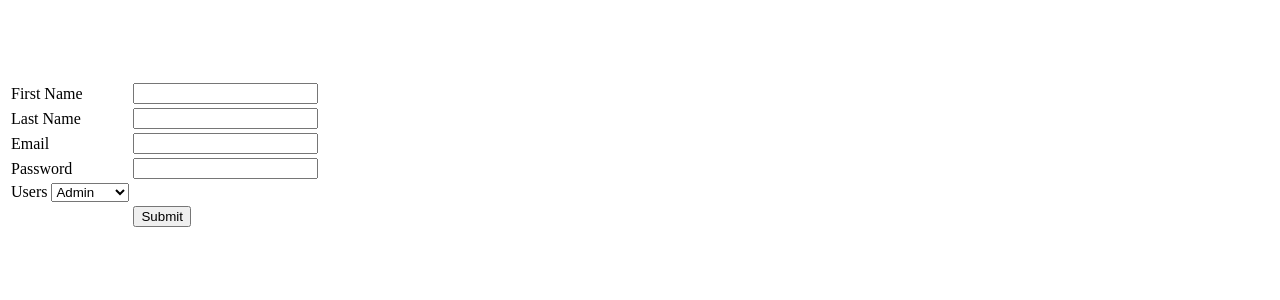
Repository: zshafi01/LearnerAcadamy
Page: http://localhost/LearnerAcadamy/user.jsp
The author's editor kept a copy of each file at every save. The page is drawn from the files as they stood at one save, then again after the next save.
The browser window is 1280 px wide. The pictures show the whole page.
The page is served by Tomcat 9.

Above is the page before, as saved 2021-02-03 22:16:22.

After the next save:
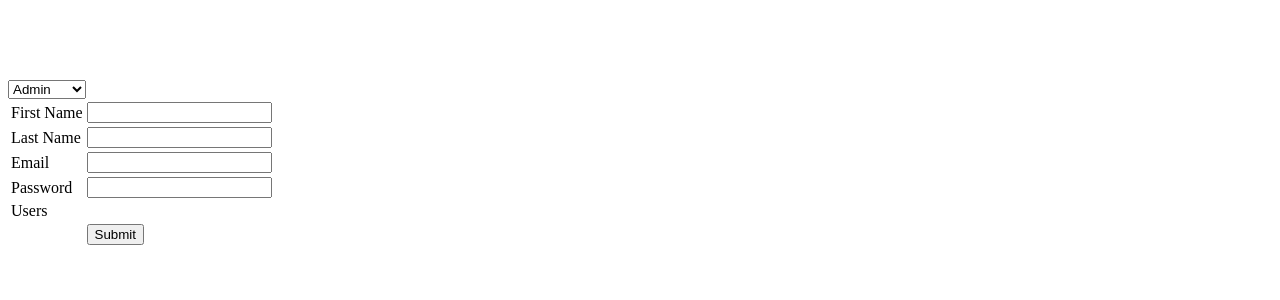
Saved 2 min 57 s later.
--- a/LearnerAcadamy/WebContent/user.jsp
+++ b/LearnerAcadamy/WebContent/user.jsp
@@ -20,13 +20,13 @@
 <td>Password</td><td><input type="password" name="password"></td><br/>
 </tr>
 <tr>
-<td class="select">Users
+<td class="select">Users</td>
 <select name="type">
 	<option value="admin">Admin</option>
     <option value="Instructor">Instructor</option>
     <option value="Student">Student</option>
 </select>
-<td ALIGN="right"></td></td>
+<td ALIGN="right"></td>
 </tr>
 <tr>
 <td></td><td><input type="submit" value="Submit"></td></tr>

After the save that followed:
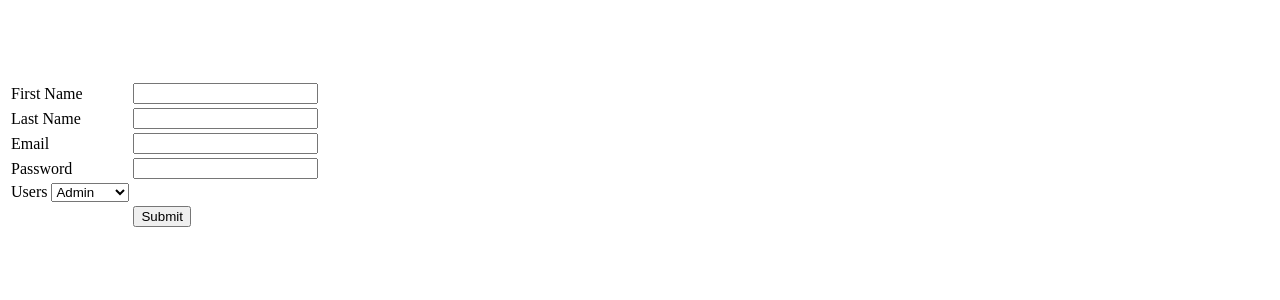
Saved 88 s later.
--- a/LearnerAcadamy/WebContent/user.jsp
+++ b/LearnerAcadamy/WebContent/user.jsp
@@ -20,13 +20,13 @@
 <td>Password</td><td><input type="password" name="password"></td><br/>
 </tr>
 <tr>
-<td class="select">Users</td>
+<td class="select">Users
 <select name="type">
 	<option value="admin">Admin</option>
     <option value="Instructor">Instructor</option>
     <option value="Student">Student</option>
 </select>
-<td ALIGN="right"></td>
+<td ALIGN="right"></td></td>
 </tr>
 <tr>
 <td></td><td><input type="submit" value="Submit"></td></tr>
